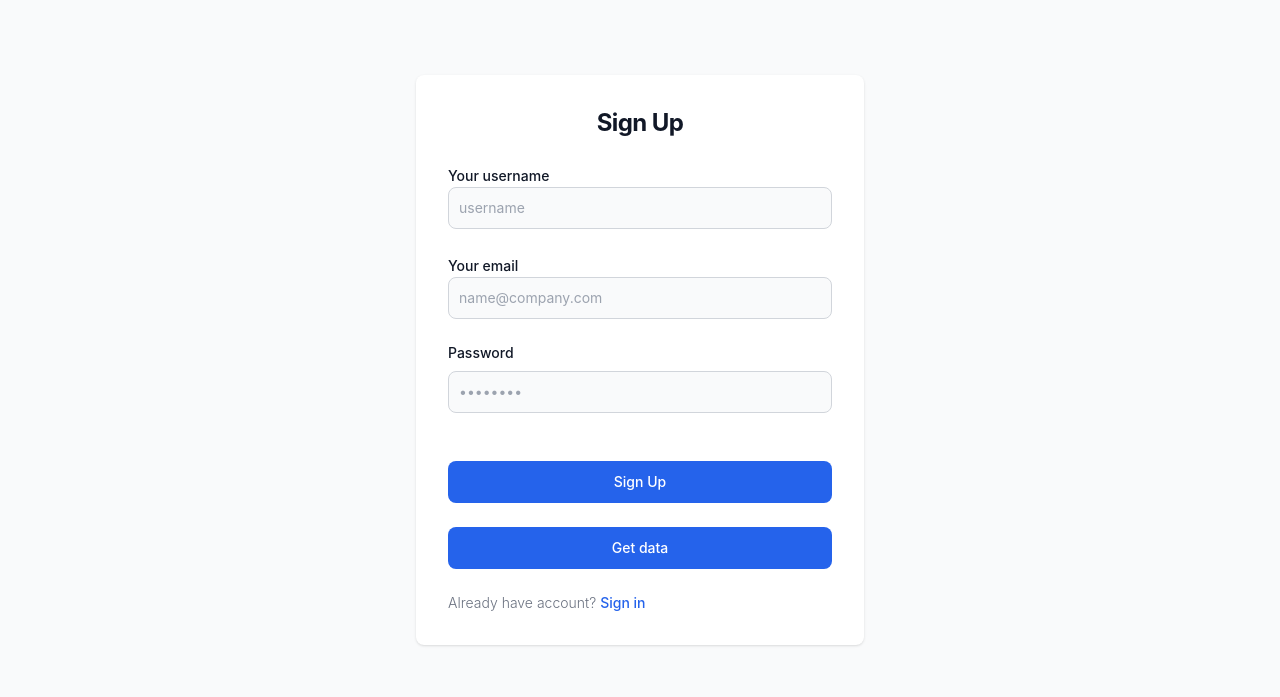
Repository: Than-sothearak/news-today
Page: /register (app in client/)
An editor plug-in stored every save of this project. The page is shown before and after the next save, followed by the edit.
The browser window is 1280 px wide. The pictures show the whole page.
The project was rebuilt for these pictures with package versions that can differ from the ones it lists, and the page was loaded fresh each time. Also part of the build but not shown: client/vite.config.js, client/data.js, client/src/components/Post.jsx, client/src/components/HeroBanner.jsx, client/src/page/Home.jsx, client/src/page/Login.jsx, client/src/page/Single.jsx, client/src/page/Write.jsx and 3 more.

Above is the page before, as saved 2023-03-05 17:21:30.

After the next save:
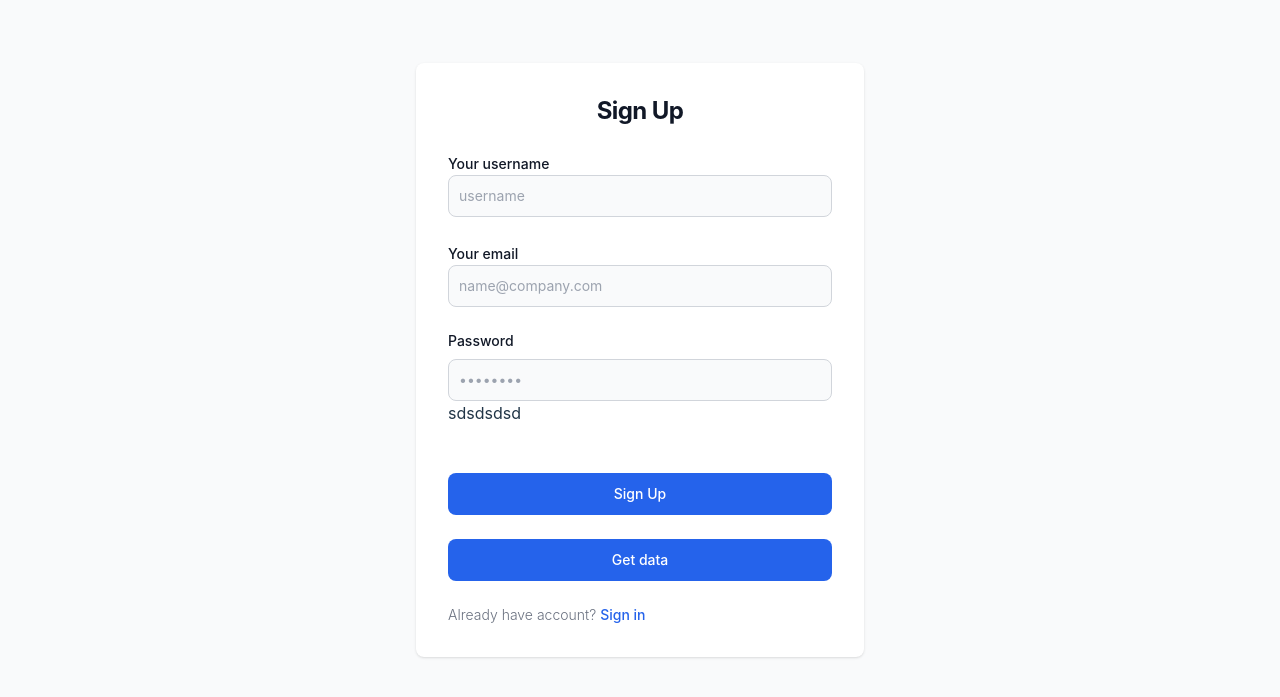
Saved 2 min 20 s later.
--- a/client/src/page/Register.jsx
+++ b/client/src/page/Register.jsx
@@ -1,6 +1,6 @@
 import React, { useState } from "react";
 import { Link } from "react-router-dom";
-import axios from 'axios';
+import axios from "axios";
 
 export const Register = () => {
   const [input, setInput] = useState({
@@ -9,6 +9,7 @@ export const Register = () => {
     password: "",
   });
   const [data, setData] = useState();
+  const [err, setErr] = useState(null);
   const urlWithProxyData = "/api/v1";
   const urlWithProxy = "api/auth/register";
 
@@ -19,17 +20,17 @@ export const Register = () => {
     }));
   };
 
-  const handleSubmmit = async e => {
-    e.preventDefault()
+  const handleSubmmit = async (e) => {
+    e.preventDefault();
     try {
       const res = await axios.post(urlWithProxy, input);
-      console.log(res)
-    }catch(err) {
+    } catch (err) {
       console.log(err);
+      setErr(err.res.data);
     }
-  }
+  };
 
-  console.log
+  console.log;
 
   function getDataFromServer() {
     axios
@@ -48,7 +49,11 @@ export const Register = () => {
             <h1 className="text-xl font-bold leading-tight tracking-tight text-gray-900 md:text-2xl dark:text-white">
               Sign Up
             </h1>
-            <form onSubmit={handleSubmmit} className="text-start space-y-4 md:space-y-6" action="#">
+            <form
+              onSubmit={handleSubmmit}
+              className="text-start space-y-4 md:space-y-6"
+              action="#"
+            >
               <div>
                 <label
                   htmlFor="username"
@@ -99,6 +104,7 @@ export const Register = () => {
                   required=""
                   onChange={handleChange}
                 />
+                <p>sdsdsdsd</p>
               </div>
               <div className="flex items-center justify-between">
                 <div className="flex items-start"></div>
